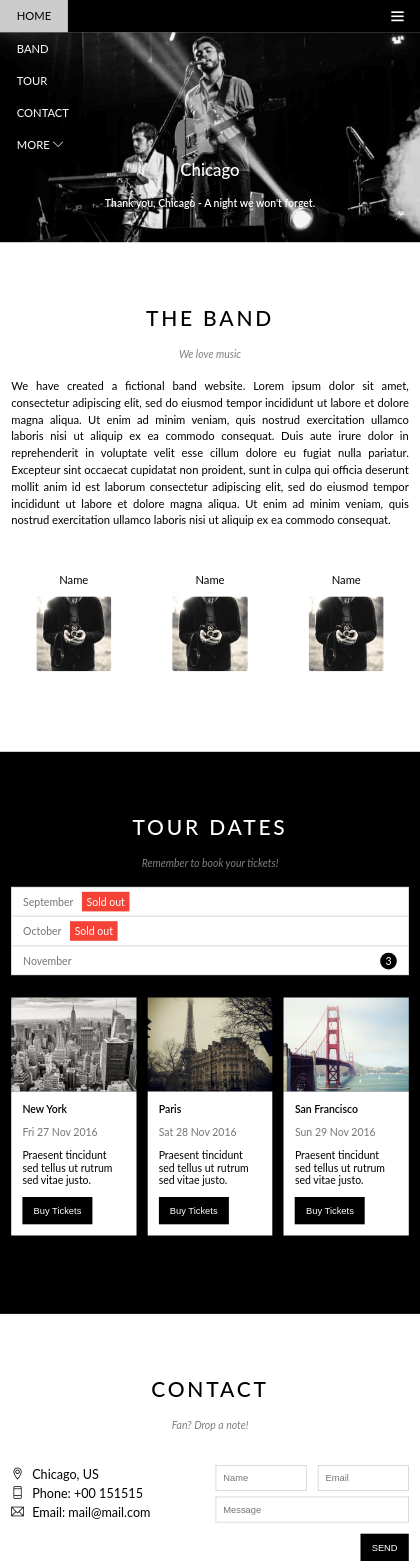
Repository: tatvanhco/web-dau-tay
Page: index.html
An editor plug-in stored every save of this project. The page is shown before and after the next save, followed by the edit.
The browser window is 600 px wide. The pictures show the part of the page from y = 0 to 2240 px (the page is 2898 px tall), at 70% of full size.

Above is the page before, as saved 2022-01-24 21:51:52.

### index.html
<!DOCTYPE html>
<html lang="en">
<head>
    <meta charset="UTF-8">
    <!-- <meta http-equiv="X-UA-Compatible" content="IE=edge"> -->
    <meta name="viewport" content="width=device-width, initial-scale=1.0">
    <title>the band</title>
    <link rel="shortcut icon" href="./assets/img/band/logo.png" type="image/x-icon">
    <link rel="stylesheet" href="./assets/fronts/themify-icons/themify-icons.css">
    <link rel="stylesheet" href="./assets/css/style.css">
    <link rel="stylesheet" href="./assets/css/responsive.css">
</head>
<body>
    <div id="main">
        <div id="header">
            <ul id="nav">
                <li><a href="#">home</a></li>
                <li><a href="#band">band</a></li>
                <li><a href="#tour">tour</a></li>
                <li><a href="#contact">contact</a></li>
                <li>
                    <a href="#">more
                        <i class="drop-down ti-angle-down"></i>
                    </a>
                    <div class="subnav">
                        <ul>
                            <li><a href="#">Merchandise</a></li>
                            <li><a href="#">Extras</a></li>
                            <li><a href="#">Media</a></li>
                        </ul>
                    </div>
                </li>
            </ul>
            <div class="search-btn">
                <i class="search-icon ti-search"></i>
            </div>

            <div id="mobile-menu" class="menu-mobile">
                <i class="menu-icon ti-menu"></i>
            </div>
        </div>
        <div id="slide">
            <div class="text-content">
                <h2 class="text-heading">Chicago</h2>
                <div class="text-desc">Thank you, Chicago - A night we won't forget.</div>
            </div>
        </div>
        <div id="content">
            <div id="band" class="content-section">
                <h2 class="section-heading">THE BAND</h2>
                <p class="section-sub-heading">We love music</p>
                <p class="about">
                    We have created a fictional band website. Lorem ipsum dolor sit amet, consectetur adipiscing elit, sed do eiusmod tempor incididunt ut labore et dolore magna aliqua. Ut enim ad minim veniam, quis nostrud exercitation ullamco laboris nisi ut aliquip ex ea commodo consequat. Duis aute irure dolor in reprehenderit in voluptate velit esse cillum dolore eu fugiat nulla pariatur. Excepteur sint occaecat cupidatat non proident, sunt in culpa qui officia deserunt mollit anim id est laborum consectetur adipiscing elit, sed do eiusmod tempor incididunt ut labore et dolore magna aliqua. Ut enim ad minim veniam, quis nostrud exercitation ullamco laboris nisi ut aliquip ex ea commodo consequat.
                </p>
                <div class="row team">
                    <div class="col col-3 text-center">
                        <p class="team-name">Name</p>
                        <img src="./assets/img/band/member.jpg" class="team-img">
                    </div>

                    <div class="col col-3 text-center">
                        <p class="team-name">Name</p>
                        <img src="./assets/img/band/member.jpg" class="team-img">
                    </div>

                    <div class="col col-3 text-center">
                        <p class="team-name">Name</p>
                        <img src="./assets/img/band/member.jpg" class="team-img">
                    </div>
                </div>
            </div>

            <div id="tour" class="tour-section">
                <div class="content-section">
                    <h2 class="text-white section-heading">TOUR DATES</h2>
                    <p class="text-white section-sub-heading">Remember to book your tickets!</p>
                    <ul class="ticket-list">
                        <li>September<span class="soldout">Sold out</span></li>
                        <li>October<span class="soldout">Sold out</span></li>
                        <li>November<span class="quatity">3</span></li>
                    </ul>
                    <div class="row place-list">
                        <div class="col col-3">
                            <img src="./assets/img/places/place1.jpg" class="place-img">
                            <div class="place-body">
                                <h3 class="place-heading">New York</h3>
                                <p class="place-time">Fri 27 Nov 2016</p>
                                <p class="place-desc">Praesent tincidunt sed tellus ut rutrum sed vitae justo.</p>
                                <button class="btn js-buy-ticket">Buy Tickets</button>
                            </div>
                        </div>
                        <div class="col col-3">
                            <img src="./assets/img/places/place2.jpg" class="place-img">
                            <div class="place-body">
                                <h3 class="place-heading">Paris</h3>
                                <p class="place-time">Sat 28 Nov 2016</p>
                                <p class="place-desc">Praesent tincidunt sed tellus ut rutrum sed vitae justo.</p>
                                <button class="btn js-buy-ticket">Buy Tickets</button>
                            </div>
                        </div>
                        <div class="col col-3">
                            <img src="./assets/img/places/place3.jpg" class="place-img">
                            <div class="place-body">
                                <h3 class="place-heading">San Francisco</h3>
                                <p class="place-time">Sun 29 Nov 2016</p>
                                <p class="place-desc">Praesent tincidunt sed tellus ut rutrum sed vitae justo.</p>
                                <button class="btn js-buy-ticket">Buy Tickets</button>
                            </div>
                        </div>
                    </div>
                </div>
            </div>

            <div id="contact" class="content-section">
                <h2 class="section-heading">CONTACT</h2>
                <p class="section-sub-heading">Fan? Drop a note!</p>
                <div class="row contact-content">
                    <div class="col col-2 contact-info">
                        <p><i class="ti-location-pin"></i>Chicago, US</p>
                        <p><i class="ti-mobile"></i>Phone: +00 151515</p>
                        <p><i class="ti-email"></i>Email: mail@mail.com</p>
                    </div>
                    <div class="col col-2 contact-form">
                        <form action="">
                            <div class="row">
                                <div class="col col-2">
                                    <input type="text" placeholder="Name" required class="form-control">
                                </div>
                                <div class="col col-2">
                                    <input type="email" placeholder="Email" required class="form-control">
                                </div>
                            </div>
                            <div class="row mt-8">
                                <div class="col col-full">
                                    <input type="text" placeholder="Message" required class="form-control">
                                </div>
                            </div>
                            <input class="btn pull-right mt-16" type="submit" value="SEND">
                        </form>
                    </div>
                </div>
            </div>

            <div class="map-section">
                <img src="./assets/img/places/map.jpg" alt="map">
            </div>
        </div>

        <div id="footer">
            <div class="end-list">
                <a href=""><i class="ti-facebook"></i></a>
                <a href=""><i class="ti-instagram"></i></a>
                <a href=""><i class="ti-github"></i></a>
                <a href=""><i class="ti-pinterest"></i></a>
                <a href=""><i class="ti-twitter-alt"></i></a>
                <a href=""><i class="ti-linkedin"></i></a>
            </div>
            <p class="copy-right">Powered by <a href="https://www.w3schools.com/w3css/default.asp">W3.css</a></p>
        </div>
    </div>

    <div class="modal js-modal">
        <div class="modal-container js-modal-container">
            <header class="modal-header">
                <i class="ti-bag"></i>
                Tickets
            </header>
            <div class="close-btn js-modal-close">
                <i class="ti-close"></i>
            </div>
            <div class="modal-body">
                <label for="how-many" class="modal-label">
                    <i class="ti-shopping-cart"></i>
                    Tickets, $15 per person
                </label>
                <input type="text" placeholder="How many?" required id="how-many" class="modal-input">

                <label for="enter-email" class="modal-label">
                    <i class="ti-user"></i>
                    Send To
                </label>
                <input type="email" placeholder="Enter email" required id="enter-email" class="modal-input">

                <button class="buy-titkets">
                    Pay <i class="ti-check"></i>
                </button>
            </div>
            <footer class="modal-footer">
                <p class="modal-help">Need <a href="#">help?</a> </p>
            </footer>
        </div>
    </div>

    <script>
        const buyBtns = document.querySelectorAll('.js-buy-ticket')
        const modal = document.querySelector('.js-modal')
        const modalContainer = document.querySelector('.js-modal-container')
        const modalClose = document.querySelector('.js-modal-close')

        // hàm hiển thị modal mua vé (thêm class open vào modal)
        function showBuytickets() {
            modal.classList.add('open')
        }

        // hàm ẩn modal mua vé (xóa class open ra khỏi modal)
        function hidenBuytickets() {
            modal.classList.remove('open')
        }

        // lặp qua từng thẻ button và lắng nghe hành vi click
        for (const buyBtn of buyBtns) {
            buyBtn.addEventListener('click', showBuytickets)
        }

        // nghe hành vi click  vào button close
        modalClose.addEventListener('click', hidenBuytickets)

        modal.addEventListener('click', hidenBuytickets)

        modalContainer.addEventListener('click', function (event) {
            event.stopPropagation()
        })
    </script>

    <script>
        var header = document.getElementById('header');
        var mobileMenu = document.getElementById('mobile-menu');
        var headerHeight = header.clientHeight;

        //  đóng mở menu mobile
        mobileMenu.onclick = function () {
            var isClose = header.clientHeight === headerHeight;
            if (isClose) {
                header.style.height = 'auto';
            }else {
                header.style.height = null;
            }
        }

        // tự động đóng khi chọn menu
        var menuItems = document.querySelectorAll('#nav li a[href*="#"]');

        for (var i = 0; i < menuItems.length; i++) {
           var menuItem = menuItems[i];

           menuItem.onclick = function(event) {
                var isParentMenu = this.nextElementSibling && this.nextElementSibling.classList.contains('subnav');
                if (isParentMenu){
                    event.preventDefault();
                }else {
                    header.style.height = null;
                }
           }
        }
    </script>
</body>
</html>

### assets/css/style.css
/* reset trang */
* {
    margin: 0;
    padding: 0;
    box-sizing: border-box;
}

html {
    scroll-behavior: smooth;
    font-family: "Lato", sans-serif;
}
/* dùng chung */
.clear {
    clear: both;
}

.text-white {
    color: #fff !important;
}

.text-center {
    text-align: center;
}

.pull-right {
    float: right !important;
}

.btn {
    color: #fff;
    background-color: #000;
    text-decoration: none;
    padding: 12px 16px;
    margin-top: 15px;
    display: inline-block;
    border: none;
}

.btn:hover {
    color: #000;
    background-color: #ccc;
    cursor: pointer;
}


.row {
    margin-left: -8px;
    margin-right: -8px;
}

.row::after {
    content: "";
    display: block;
    clear: both;
}

.col {
    float: left;
    padding-left: 8px;
    padding-right: 8px;
}

.col-3 {
    width: 33.33333%;
}

.col-2 {
    width: 50%;
}

.col-full {
    width: 100%;
}

.mt-8 {
    margin-top: 8px !important;
}

.mt-16 {
    margin-top: 16px !important;
}
/* css từng thành phần */
#header {
    width: 100%;
    height: 46px;
    background-color: #000;
    position: fixed;
    top: 0;
    left: 0;
    right: 0;
    z-index: 1;
}

#header .menu-mobile {
    position: absolute;
    top: 0;
    right: 0;
    display: none;
}

#header .menu-mobile,
#header .search-btn {
    float: right;
    padding: 0 22px;
}

#header .search-btn:hover {
    cursor: pointer;
    background-color: #f44336;
}

#header .menu-mobile:hover {
    background-color: #ccc;
}

#header .menu-mobile:hover .menu-icon {
    color: #000;
}

#header .menu-icon,
#header .search-icon {
    color: #fff;
    font-size: 20px;
    line-height: 46px;
}

#nav {
    display: inline-block;
}

#nav > li {
    display: inline-block;
}

#nav li {
    position: relative;
    list-style-type: none;
}

#nav > li > a {
    color: #fff;
    text-transform: uppercase;
}

#nav li a {
    text-decoration: none;
    padding: 0 24px;
    line-height: 46px;
    display: block;

}

#nav li:hover .subnav {
    display: block;
}

#nav .subnav li:hover a,
#nav > li:hover > a {
    background-color: #ccc;
    color: #000;
}

#nav .subnav {
    display: none;
    min-width: 160px;
    position: absolute;
    top: 100%;
    left: 0;
    background-color: #fff;
    box-shadow: 0 0 10px rgba(0, 0, 0, 0.3);
}

#nav .subnav a {
    color: #000;
    padding: 0px 24px;
    line-height: 38px;
}

#slide {
    position: relative;
    margin-top: 46px;
    padding-top: 50%;
    background: url(/assets/img/slider/chicago.jpg) top center / cover no-repeat;
}

#slide .text-content {
    color: #fff;
    position: absolute;
    bottom: 47px;
    /* cách canh giữa
    left: 50%;
    transform: translateX(-50%); */
    width: 100%;
    text-align: center;
}

#slide .text-heading {
    font-weight: 500;
    font-size: 24px;
}

#slide .text-desc {
    font-weight: 600;
    margin-top: 25px;
    font-size: 15px;
}

#content {

}

#content .content-section {
    width: 800px;
    max-width: 100%;
    margin-left: auto;
    margin-right: auto;
    padding: 64px 0 112px;
    padding-left: 16px;
    padding-right: 16px;
}

#content .section-heading,
#content .section-sub-heading {
    text-align: center;
    margin: 25px 0;
}

#content .section-heading {
    font-size: 30px;
    font-weight: 500;
    letter-spacing: 4px;
}

#content .section-sub-heading {
    font-size: 15px;
    opacity: 0.5;
    font-style: italic;
}

#content .about {
    text-align: justify;
    line-height: 1.5;
}

#content .team {
    margin-top: 48px;
}

#content .team-name {
    margin: 15px 0;
}

#content .team-img {
    width: 60%;
    border-radius: 4px;
    text-align: center;
}

.tour-section {
    background-color: #000;
}

.ticket-list {
    background-color: #fff;
}

.ticket-list li {
    color: #757575;
    list-style-type: none;
    font-size: 15px;
    border: 1px solid #ddd;
    padding: 11px 16px;
}

.ticket-list .soldout {
    color: #fff;
    margin-left: 12px;
    padding: 5px 7px;
    background-color: #f44336;
}

.ticket-list .quatity {
    float: right;
    width: 24px;
    height: 24px;
    border-radius: 50%;
    background-color: #000;
    color: #fff;
    text-align: center;
    line-height: 24px;
    margin-top: -2px;
}

.place-list {
    /* margin: 32px 48px; */
    margin-top: 32px;
    /* margin-bottom: 48px; */
}

.place-img {
    width: 100%;
    display: block;
}

.place-img:hover {
    opacity: 0.6;
}

.place-body {
    background-color: #fff;
    padding: 16px;
    font-size: 15px;
}

.place-heading {
    font-size: 15px;
    font-weight: 600;
}

.place-time {
    color: #757575;
    margin-top: 15px;
}

.place-desc {
    margin-top: 15px;
}

/* contact-form */
.contact-content {
    margin-top: 48px;

}

.contact-info {
    font-size: 18px;
    line-height: 1.5;
}

.contact-info i[class*="ti-"] {
    width: 30px;
    display: inline-block;
}

.contact-form {
    font-size: 15px;
}

.contact-form .form-control {
    padding: 10px;
    border: 1px solid #ccc;
    width: 100%;
}

.map-section img {
    width: 100%;
    filter: grayscale(50%);
}

#footer {
    padding: 64px 16px;
    text-align: center;
}

#footer .end-list {
    font-size: 24px;
}

#footer .end-list a {
    text-decoration: none;
    color: rgba(0, 0, 0, 0.6);
}

#footer .end-list a:hover {
    color: rgba(0, 0, 0, 0.8);
}

#footer .copy-right {
    font-size: 15px;
    margin: 20px;
    color: rgba(0, 0, 0, 0.6);
}

#footer .copy-right a {
    color: rgba(0, 0, 0, 0.6);
}

.modal {
    position: fixed;
    top: 0;
    bottom: 0;
    left: 0;
    right: 0;
    background-color: rgba(0, 0, 0, 0.4);
    align-items: center;
    justify-content: center;
    display: none;
}

.modal.open {
    display: flex;
}

header.modal-header {
    color: #fff;
    background-color: #009688;
    height: 130px;
    text-align: center;
    line-height: 130px;
    font-size: 30px;
    letter-spacing: 4px;
}

.modal-container {
    position: relative;
    background-color: #fff;
    width: 900px;
    min-height: 200px;
    max-width: calc(100% - 32px);
    animation: modalFadeIn ease 0.3s;
}

.close-btn {
    position: absolute;
    top: 0;
    right: 0;
    font-size: 20px;
    padding: 12px;
    cursor: pointer;
}

.close-btn:hover {
    background-color: #ccc;
    color: #000;
}

.modal-body {
    padding: 16px;
}

label.modal-label {
    display: block;
    font-size: 15px;
    margin-bottom: 12px;
}

input.modal-input {
    width: 100%;
    padding: 8px;
    border: 1px solid #ccc;
    margin-bottom: 24px;
}

button.buy-titkets {
    width: 100%;
    padding: 16px;
    background-color: #009688;
    border: none;
    font-size: 15px;
    font-weight: 00;
    color: #fff;
    cursor: pointer;
    text-transform: uppercase;
}

button.buy-titkets:hover {
    background-color: #ccc;
    color: #000;
}

p.modal-help {
    text-align: right;
    padding: 16px;
    font-size: 15px;
}

.modal-help a {
    color: #2196F3;
}

@keyframes modalFadeIn {
    from {
        transform: translateY(-140px);
    }
    to {
        transform: translateY(0);
    }
}

### assets/css/responsive.css
/*  giao diện PC */
@media (max-width: 1024px) {

}

/* giao diện tablet */
@media (min-width: 720px) and (max-width: 1024px) {

}

/* giao diện mobile */
@media (max-width: 723px) {
    #nav {
        display: block;
    }

    #nav > li {
        display: block;
    }

    #nav > li:first-child {
        display: inline-block;
    }

    #header .menu-mobile {
        display: block;
    }

    #header .search-btn {
        display: none;
    }
}

Loaded but not shown: assets/fronts/themify-icons/themify-icons.css (common file)

After the next save:
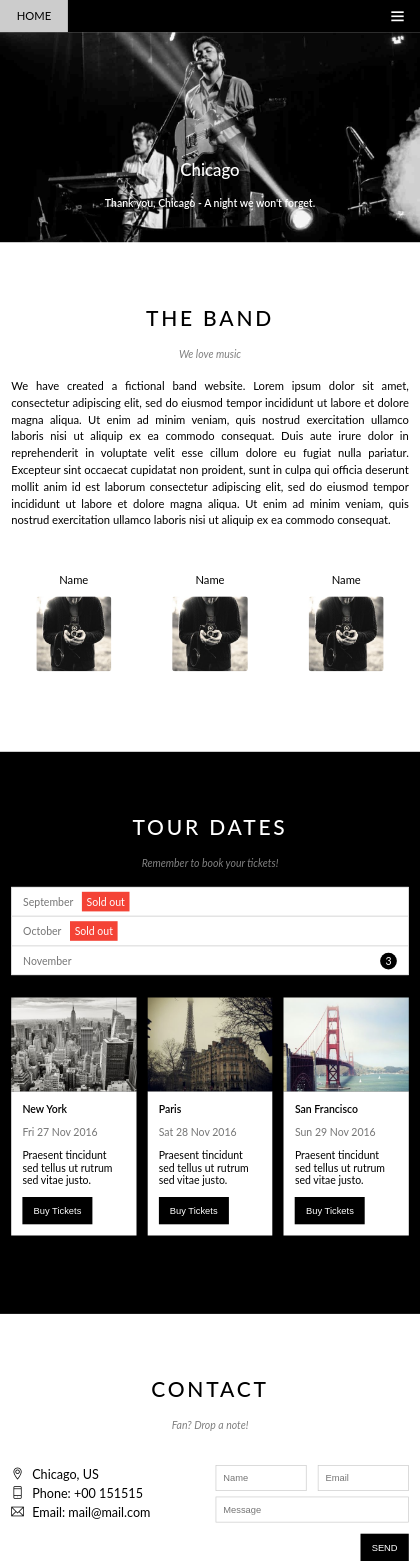
Saved 20 s later.
--- a/assets/css/responsive.css
+++ b/assets/css/responsive.css
@@ -22,6 +22,10 @@
         display: inline-block;
     }
 
+    #header {
+        overflow: hidden;
+    }
+
     #header .menu-mobile {
         display: block;
     }
